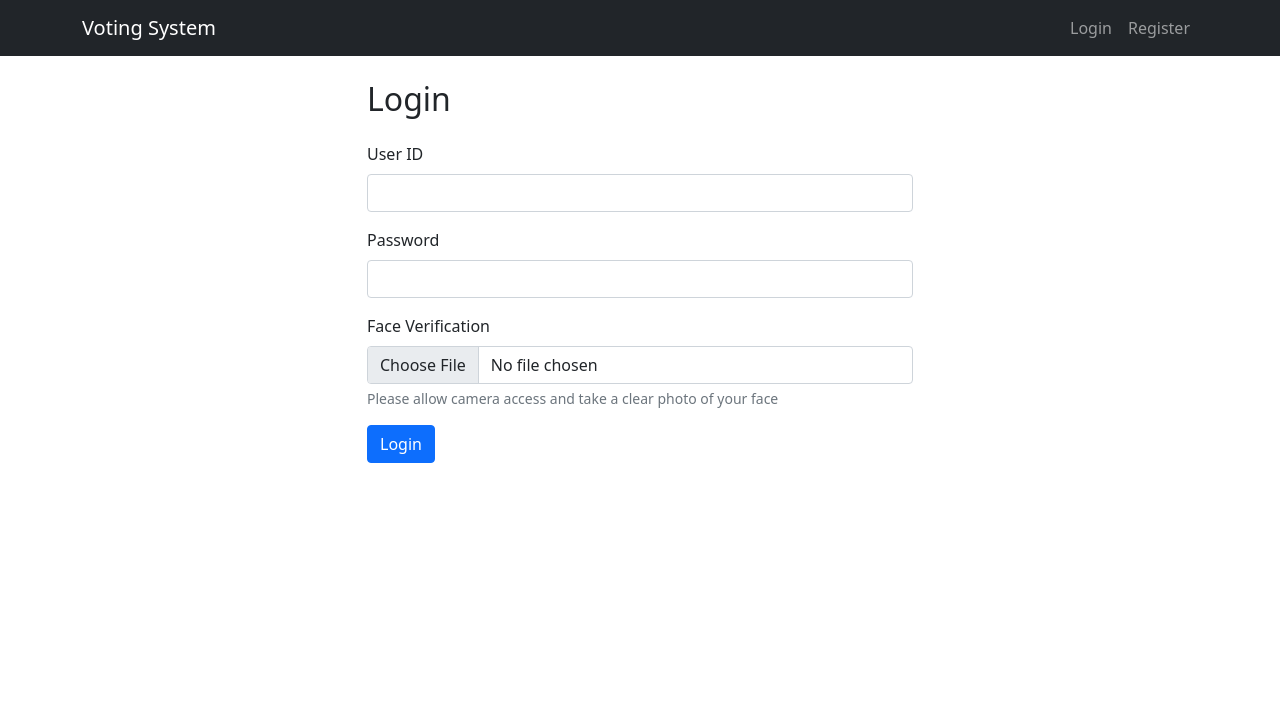
Repository: iammillie-creator/facial-voting-app
Page: http://localhost/login
The author's editor kept a copy of each file at every save. The page is drawn from the files as they stood at one save, then again after the next save.
The browser window is 1280 px wide. The pictures show the whole page.
The page is served by the project's application, run on Flask 3 (app.py).

Above is the page before, as saved 2025-04-21 15:52:08.

After the next save:
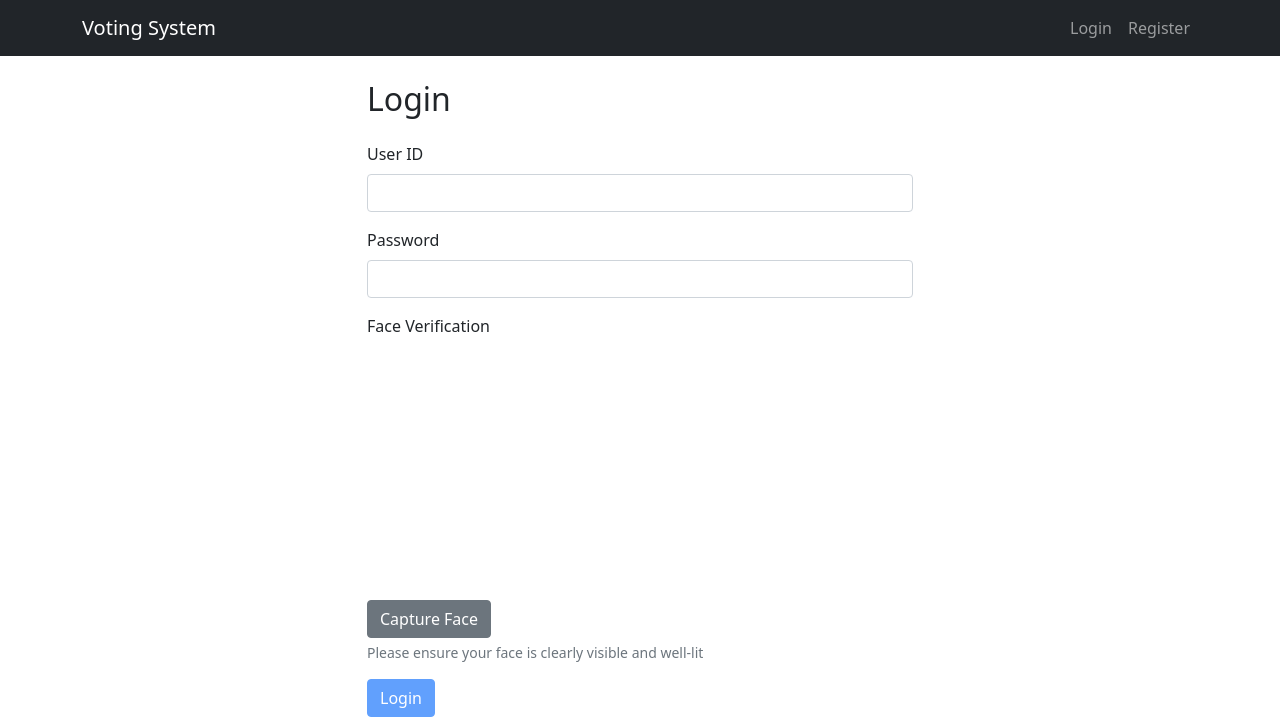
Saved 31 s later.
--- a/templates/login.html
+++ b/templates/login.html
@@ -5,7 +5,7 @@
     <div class="col-md-6">
         <h2 class="mb-4">Login</h2>
 
-        <form method="POST" enctype="multipart/form-data">
+        <form method="POST" enctype="multipart/form-data" id="loginForm">
             <div class="mb-3">
                 <label for="user_id" class="form-label">User ID</label>
                 <input type="text" class="form-control" id="user_id" name="user_id" required>
@@ -17,16 +17,22 @@
             </div>
 
             <div class="mb-3">
-                <label for="face_image" class="form-label">Face Verification</label>
-                <input type="file" class="form-control" id="face_image" name="face_image" accept="image/*" capture="user" required>
-                <div class="form-text">Please allow camera access and take a clear photo of your face</div>
+                <label class="form-label">Face Verification</label>
+                <div class="video-container mb-2">
+                    <video id="video" width="320" height="240" autoplay></video>
+                    <canvas id="canvas" width="320" height="240" style="display:none;"></canvas>
+                </div>
+                <button type="button" id="capture" class="btn btn-secondary">Capture Face</button>
+                <input type="hidden" id="face_image_data" name="face_image_data">
 
                 <div id="facePreview" class="mt-2" style="display: none;">
                     <img id="previewImage" src="#" alt="Face Preview" class="img-thumbnail" style="max-width: 200px;">
+                    <button type="button" id="retake" class="btn btn-sm btn-warning mt-2">Retake</button>
                 </div>
+                <div class="form-text">Please ensure your face is clearly visible and well-lit</div>
             </div>
 
-            <button type="submit" class="btn btn-primary">Login</button>
+            <button type="submit" class="btn btn-primary" id="submitBtn" disabled>Login</button>
         </form>
     </div>
 </div>
@@ -34,20 +40,58 @@
 
 {% block scripts %}
 <script>
-    // Preview face image before upload
-    document.getElementById('face_image').addEventListener('change', function(event) {
-        const file = event.target.files[0];
-        if (file) {
-            const preview = document.getElementById('previewImage');
-            const previewDiv = document.getElementById('facePreview');
+    // Access camera
+    const video = document.getElementById('video');
+    const canvas = document.getElementById('canvas');
+    const captureBtn = document.getElementById('capture');
+    const retakeBtn = document.getElementById('retake');
+    const faceInput = document.getElementById('face_image_data');
+    const previewDiv = document.getElementById('facePreview');
+    const previewImg = document.getElementById('previewImage');
+    const submitBtn = document.getElementById('submitBtn');
 
-            const reader = new FileReader();
-            reader.onload = function(e) {
-                preview.src = e.target.result;
-                previewDiv.style.display = 'block';
-            }
-            reader.readAsDataURL(file);
+    let stream = null;
+
+    // Start camera
+    function startCamera() {
+        navigator.mediaDevices.getUserMedia({ video: true, audio: false })
+            .then(s => {
+                stream = s;
+                video.srcObject = stream;
+            })
+            .catch(err => {
+                console.error("Error accessing camera:", err);
+                alert("Could not access camera. Please ensure you've granted camera permissions.");
+            });
+    }
+
+    // Capture image
+    captureBtn.addEventListener('click', () => {
+        canvas.getContext('2d').drawImage(video, 0, 0, 320, 240);
+        const imageData = canvas.toDataURL('image/jpeg');
+        faceInput.value = imageData;
+        previewImg.src = imageData;
+        previewDiv.style.display = 'block';
+        captureBtn.style.display = 'none';
+        submitBtn.disabled = false;
+    });
+
+    // Retake image
+    retakeBtn.addEventListener('click', () => {
+        faceInput.value = '';
+        previewDiv.style.display = 'none';
+        captureBtn.style.display = 'block';
+        submitBtn.disabled = true;
+    });
+
+    // Stop camera when leaving page
+    window.addEventListener('beforeunload', () => {
+        if (stream) {
+            stream.getTracks().forEach(track => track.stop());
         }
     });
+
+    // Initialize camera
+    startCamera();
 </script>
 {% endblock %}
